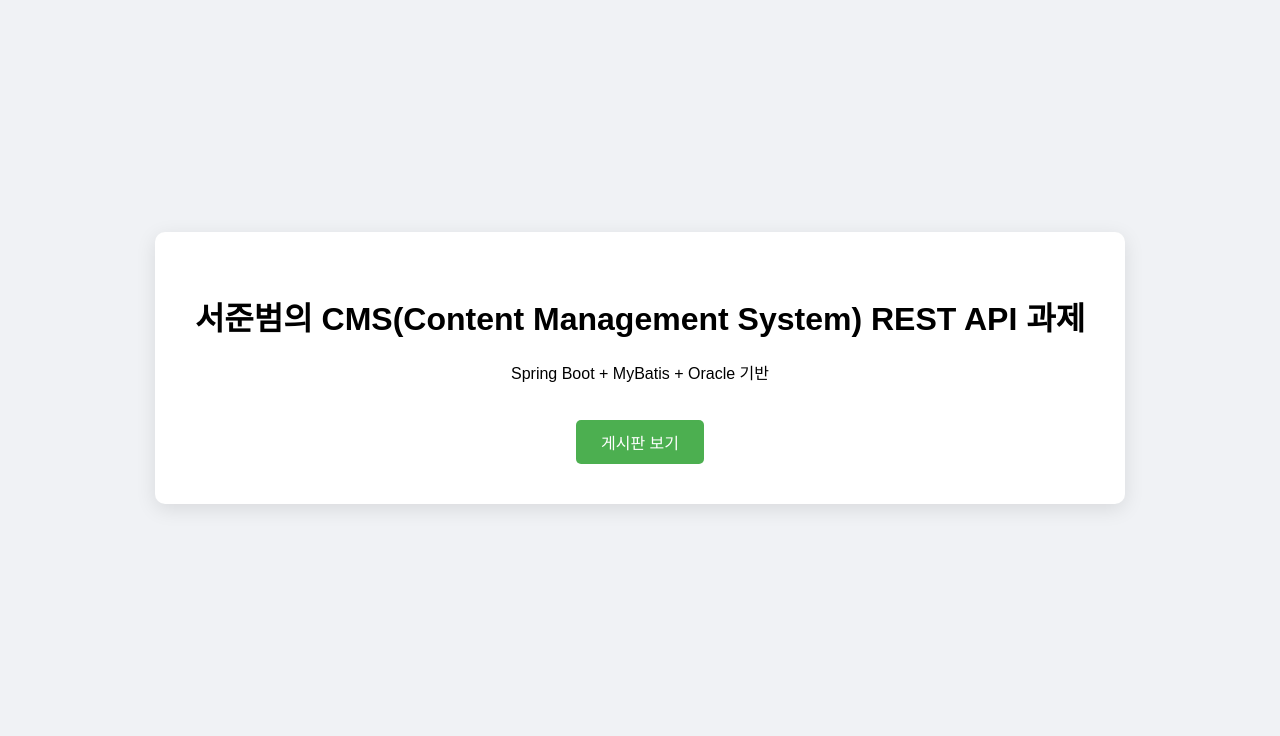
Repository: JunBeomSeo/CMS
Page: http://localhost/index
The author's editor kept a copy of each file at every save. The page is drawn from the files as they stood at one save, then again after the next save.
The browser window is 1280 px wide. The pictures show the whole page.
The page is this project's Thymeleaf template; nobody is signed in. The template is opened directly, without the code that normally fills it, so the values that code supplies are empty.

Above is the page before, as saved 2026-03-27 16:27:28.

### cms/src/main/resources/templates/index.html
<!DOCTYPE html>
<html xmlns:th="http://www.thymeleaf.org">
<head>
<meta charset="UTF-8">
<title>서준범 CMS REST API 과제</title>
<link rel="stylesheet" th:href="@{/css/index.css}">
</head>
<body>
    <div class="container">
        <div class="card">
            <h1>서준범의 CMS(Content Management System) REST API 과제</h1>
            <p>Spring Boot + MyBatis + Oracle 기반</p>
            <a href="/boardList" class="btn">게시판 보기</a>
        </div>
    </div>
</body>
</html>

### cms/src/main/resources/static/css/index.css
@charset "UTF-8";
body {
    font-family: Arial, sans-serif;
    background-color: #f0f2f5;
    display: flex;
    justify-content: center;
    align-items: center;
    height: 100vh;
}

.container {
    text-align: center;
}

.card {
    background-color: #fff;
    padding: 40px;
    border-radius: 10px;
    box-shadow: 0 5px 20px rgba(0,0,0,0.1);
}

.btn {
    display: inline-block;
    margin-top: 20px;
    padding: 10px 25px;
    background-color: #4CAF50;
    color: white;
    text-decoration: none;
    border-radius: 5px;
}

.btn:hover {
    background-color: #45a049;
}

After the next save:
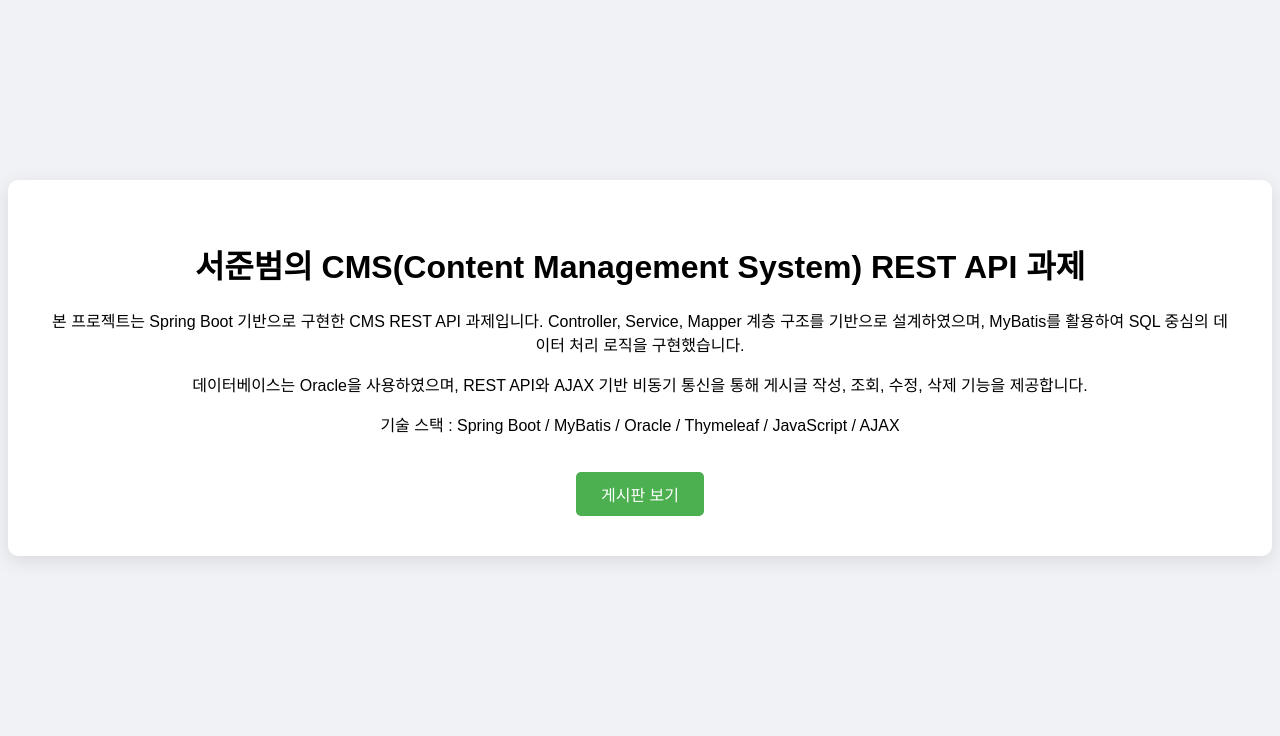
Saved 7 min 47 s later.
--- a/cms/src/main/resources/templates/index.html
+++ b/cms/src/main/resources/templates/index.html
@@ -8,8 +8,23 @@
 <body>
     <div class="container">
         <div class="card">
-            <h1>서준범의 CMS(Content Management System) REST API 과제</h1>
-            <p>Spring Boot + MyBatis + Oracle 기반</p>
+		<h1>서준범의 CMS(Content Management System) REST API 과제</h1>
+
+		<p>
+		본 프로젝트는 Spring Boot 기반으로 구현한 CMS REST API 과제입니다.
+		Controller, Service, Mapper 계층 구조를 기반으로 설계하였으며,
+		MyBatis를 활용하여 SQL 중심의 데이터 처리 로직을 구현했습니다.
+		</p>
+
+		<p>
+		데이터베이스는 Oracle을 사용하였으며,
+		REST API와 AJAX 기반 비동기 통신을 통해
+		게시글 작성, 조회, 수정, 삭제 기능을 제공합니다.
+		</p>
+
+		<p>
+		기술 스택 : Spring Boot / MyBatis / Oracle / Thymeleaf / JavaScript / AJAX
+		</p>
             <a href="/boardList" class="btn">게시판 보기</a>
         </div>
     </div>
